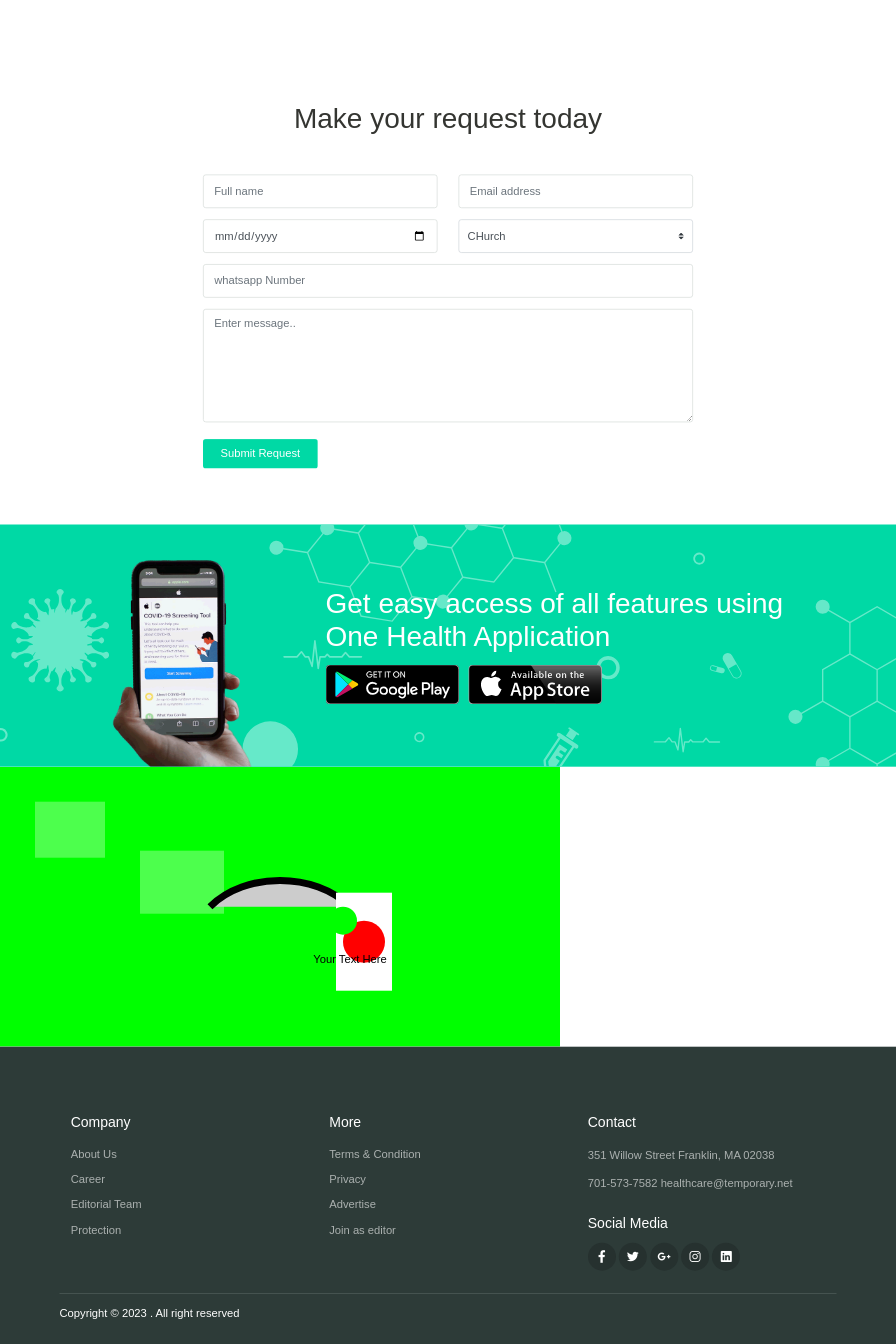
Repository: profbkmurage/myWeb
Page: html/index.html
These files come from the project's save history. The page is drawn as it stood at one moment and after the next save; the edit follows.
The browser window is 1280 px wide. The pictures show the part of the page from y = 2046 to 3966 px (the page is 3966 px tall before and 3866 px after), at 70% of full size.

Above is the page before, as saved 2023-12-11 13:40:22.

After the next save:
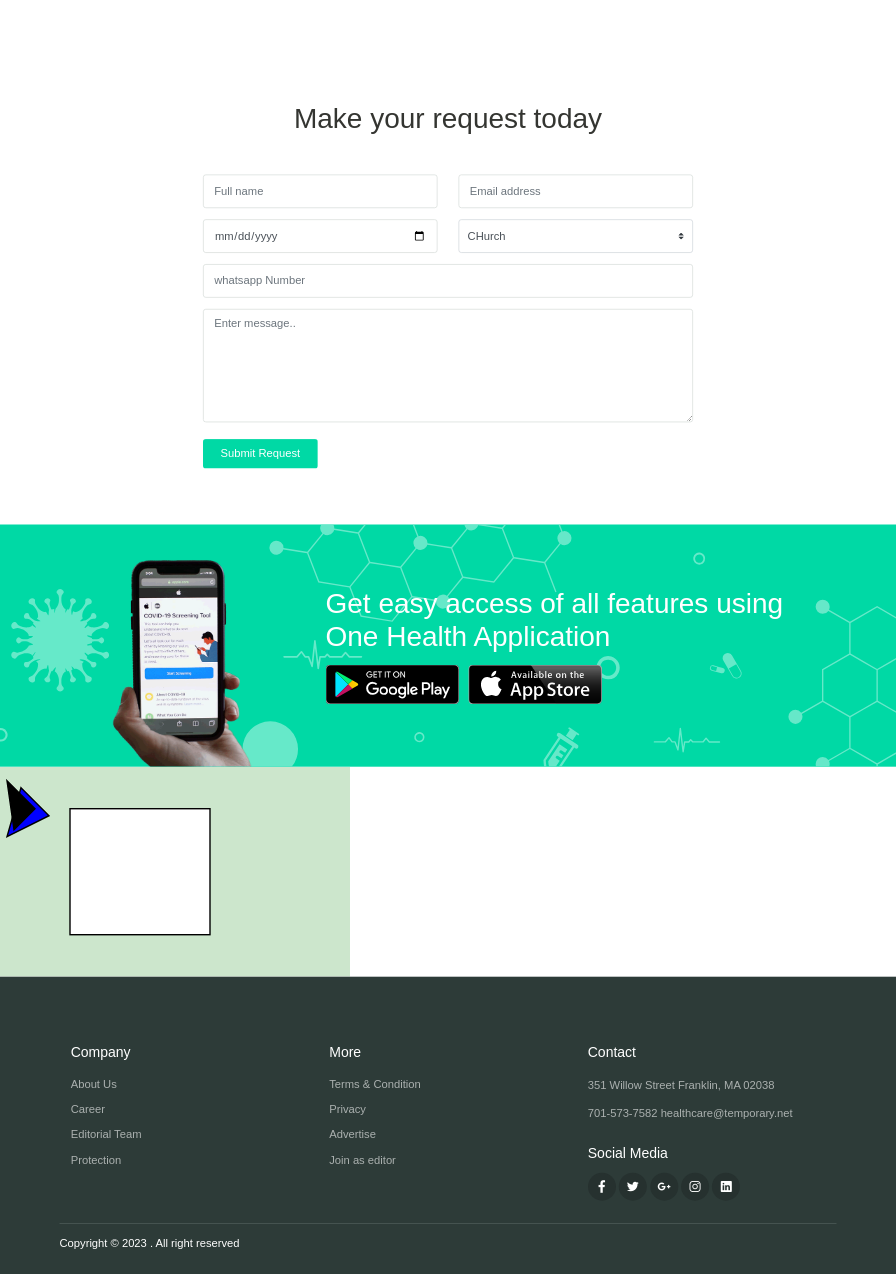
Saved 2 min 47 s later.
--- a/html/index.html
+++ b/html/index.html
@@ -373,26 +373,12 @@
     </div>
   </div> <!-- .banner-home -->
 
-<svg xmlns="http://www.w3.org/2000/svg" viewBox="0 0 800 400" width="800" height="400">
-  <!-- Background -->
-  <rect width="100%" height="100%" fill="#00FF00" />
-
-  <!-- Low opacity computers in the background -->
-  <rect x="50" y="50" width="100" height="80" fill="#FFFFFF" opacity="0.3" />
-  <rect x="200" y="120" width="120" height="90" fill="#FFFFFF" opacity="0.3" />
-  <!-- Add more computer shapes as needed -->
-
-  <!-- Hand holding a phone -->
-  <path d="M300 200 C350 150, 450 150, 500 200" stroke="#000" stroke-width="10" fill="#CCCCCC" />
-  <rect x="480" y="180" width="80" height="140" fill="#FFFFFF" />
-
-  <!-- Graphics on the phone screen -->
-  <circle cx="520" cy="250" r="30" fill="#FF0000" />
-  <circle cx="490" cy="220" r="20" fill="#00FF00" />
-  <!-- Add more graphics as needed -->
-
-  <!-- Text on the phone screen -->
-  <text x="500" y="280" font-family="Arial" font-size="16" fill="#000" text-anchor="middle">Your Text Here</text>
+<svg width="500" height="300">
+  <rect width="100%" height="100%" fill="green" opacity="0.2" />
+  <rect x="20%" y="20%" width="40%" height="60%" fill="white" stroke="black" stroke-width="2" />
+  <path d="M 30,30 L 70,70 L 10,100 Z" fill="blue" stroke="black" stroke-width="2" />
+  <text x="30%" y="50%" font-size="20" font-weight="bold" text="Graphics Design" />
+  <path d="M 10,20 C 20,30 30,40 40,50 L 50,60 C 40,70 30,80 20,90 Z" fill="skin" stroke="black" stroke-width="2" />
 </svg>
 
 
